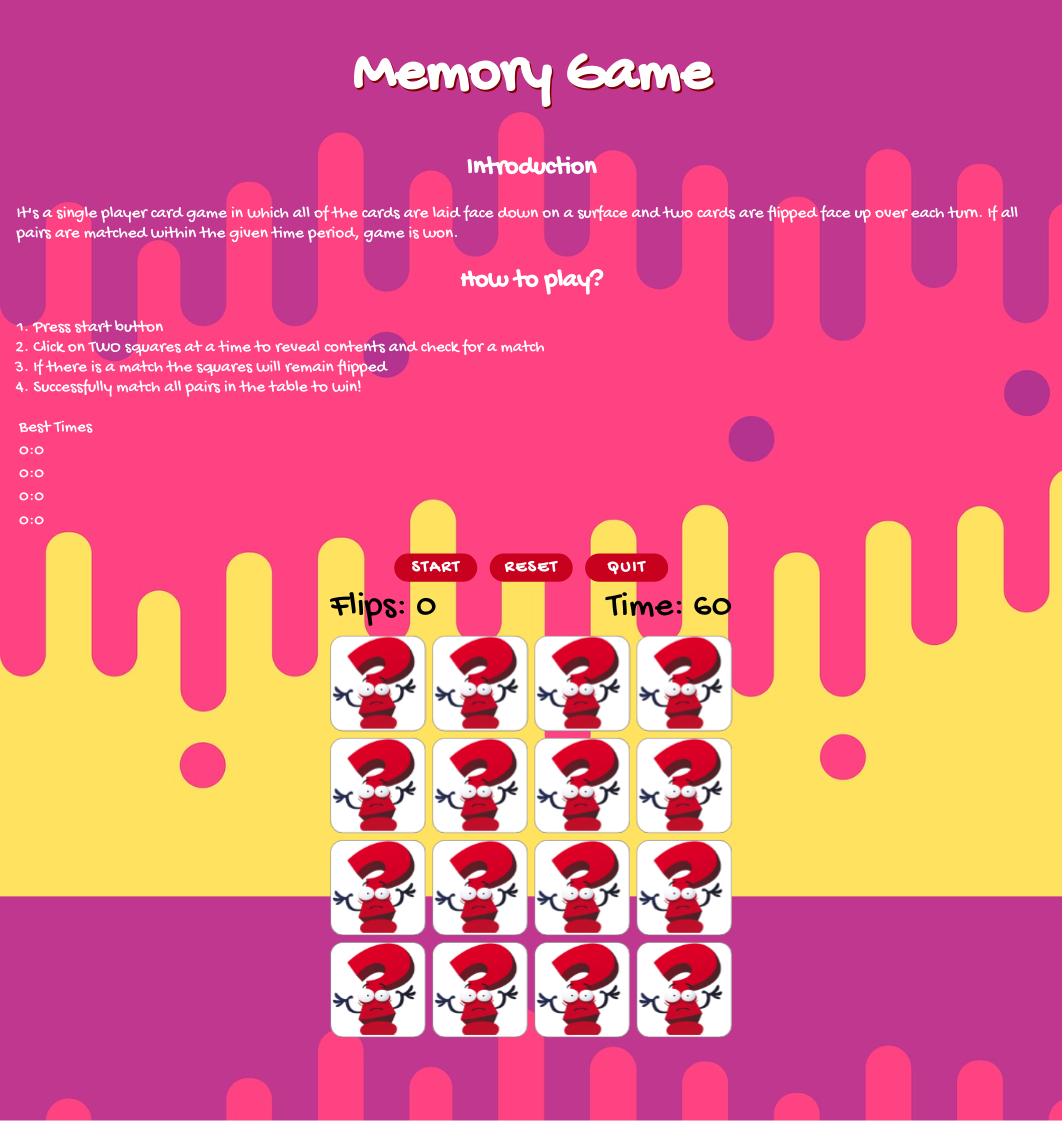
Repository: lauramika/Memory-Game
Page: index.html
The author's editor kept a record of every edit. The page is drawn from the files as they stood at one moment, then again after the next edit.
The browser window is 1280 px wide. The pictures show the whole page, at 83% of full size.

Above is the page before.

### index.html
<!DOCTYPE html>
<html lang = 'en'>
    <head>
        <meta name="viewport" content="width=device-width, initial-scale=1.0">
        <link rel="stylesheet" href="style.css" type="text/css" />
        <title>Memory Game</title>
    </head>
    <body>
        <h1 class="title-game">Memory Game</h1>
        <!--Intro-->
        <h2>Introduction</h2>
            <p>It's a single player card game in which all of the cards are
            laid face down on a surface and two cards are flipped face up over
            each turn. If all pairs are matched within the given time
            period, game is won.</p>
            <!--explanation how to play the game-->
         <div class="how-to-play">
            <h2>How to play?</h2>
              <ol>
                <li>Press start button</li>
                <li>Click on TWO squares at a time to reveal contents and check for a match</li>
                <li>If there is a match the squares will remain flipped </li>
                <li>Successfully match all pairs in the table to win!</li>
              </ol>
          </div>
          <!--best results board-->
          <div class="times">
            <table>
              <tr>
                <td class= "title">Best Times</td>
              </tr>
              <tr>
                <td class = "slot">0:0</td>
              </tr>
              <tr>
                <td class = "slot">0:0</td>
              </tr>
              <tr>
                <td class = "slot">0:0</td>
              </tr>
              <tr>
                <td class = "slot">0:0</td>
              </tr>
            </table>
          </div>
          <!--start, reset and quit buttons-->
        <div class="buttons">
            <button class="start" onclick="shuffle()">Start</button>
            <button class="reset">Reset</button>
            <button class="quit">Quit</button>
        </div>
        <!--Main container that holds all the cards-->
        <div class="main-container">
            <div class= "rules-container">
                <div class="level-container">
                    Flips: <span id="flips">0</span>
                </div>
                <div class="time-container">
                    Time: <span id="time-left">60</span>
                </div>
            </div>
            <!--Cards-->
            <div class="cards">
                <div class="front-face">
                    <img src="images/camera.png"></img>
                </div>
                 <div class="back-face">
                   <img src="images/question.jpg"></img>
                </div>
            </div>

            <div class="cards">
                <div class="front-face">
                    <img src="images/camera.png"></img>
                </div>
                 <div class="back-face">
                   <img src="images/question.jpg"></img>
                </div>
            </div>

            <div class="cards">
                <div class="front-face">
                    <img src="images/bomb.png"></img>
                </div>
                 <div class="back-face">
                   <img src="images/question.jpg"></img>
                </div>
            </div>

            <div class="cards">
                <div class="front-face">
                    <img src="images/bomb.png"></img>
                </div>
                 <div class="back-face">
                   <img src="images/question.jpg"></img>
                </div>
            </div>

            <div class="cards">
                <div class="front-face">
                    <img src="images/garfield.jpg"></img>
                </div>
                 <div class="back-face">
                   <img src="images/question.jpg"></img>
                </div>
            </div>

            <div class="cards">
                <div class="front-face">
                    <img src="images/garfield.jpg"></img>
                </div>
                 <div class="back-face">
                   <img src="images/question.jpg"></img>
                </div>
            </div>

            <div class="cards">
                <div class="front-face">
                    <img src="images/ladybug.jpg"></img>
                </div>
                 <div class="back-face">
                   <img src="images/question.jpg"></img>
                </div>
            </div>

            <div class="cards">
                <div class="front-face">
                    <img src="images/ladybug.jpg"></img>
                </div>
                 <div class="back-face">
                   <img src="images/question.jpg"></img>
                </div>
            </div>

            <div class="cards">
                <div class="front-face">
                    <img src="images/puppy.jpg"></img>
                </div>
                 <div class="back-face">
                   <img src="images/question.jpg"></img>
                </div>
            </div>

            <div class="cards">
                <div class="front-face">
                    <img src="images/puppy.jpg"></img>
                </div>
                 <div class="back-face">
                   <img src="images/question.jpg"></img>
                </div>
            </div>

            <div class="cards">
                <div class="front-face">
                    <img src="images/star.jpg"></img>
                </div>
                 <div class="back-face">
                   <img src="images/question.jpg"></img>
                </div>
            </div>

            <div class="cards">
                <div class="front-face">
                    <img src="images/star.jpg"></img>
                </div>
                 <div class="back-face">
                   <img src="images/question.jpg"></img>
                </div>
            </div>

            <div class="cards">
                <div class="front-face">
                    <img src="images/frog.jpg"></img>
                </div>
                 <div class="back-face">
                   <img src="images/question.jpg"></img>
                </div>
            </div>

            <div class="cards">
                <div class="front-face">
                    <img src="images/frog.jpg"></img>
                </div>
                 <div class="back-face">
                   <img src="images/question.jpg"></img>
                </div>
            </div>
            <div class="cards">

                <div class="front-face">
                    <img src="images/bananas.jpg"></img>
                </div>
                 <div class="back-face">
                   <img src="images/question.jpg"></img>
                </div>
            </div>

            <div class="cards">
                <div class="front-face">
                    <img src="images/bananas.jpg"></img>
                </div>
                 <div class="back-face">
                   <img src="images/question.jpg"></img>
                </div>
            </div>

        </div>
        <script type="text/javascript" src="script.js"></script>
    </body>
</html>

### style.css
/*import google font*/
@import url('https://fonts.googleapis.com/css?family=Gochi+Hand&display=swap');
* {
    box-sizing: border-box;
}
html {
    min-height: 100vh;
}
body {
    margin: 0;
     background-image: url("images/background-3147808_1920.jpg");
    font-family: 'Gochi Hand', cursive;
    color: white;
    font-size: 1.3em;
}
h1 {
    text-shadow: 2px 2px maroon;
}
h2 {
    text-align: center;
}
p, .times {
    margin: 20px;
}
.title-game {
    color: white;
    text-align: center;
    font-size: 3.5em;
}

.rules-container {
    grid-column: 1 / -1;
    display: flex;
    justify-content: space-between;
}
/*container that holds all the cards*/
.main-container {
    display: grid;
    grid-template-columns: repeat(4, auto);
    grid-gap: 8px;
    justify-content: center;
    margin-bottom: 100px;
    color: black;
    font-size: 2.1em;

}
/*card styles*/
.cards {
    background-color: white;
    height: 115px;
    width: 115px;
    border-radius: 15px;
    transition: transform .2s;
    border: 1px solid gray;
    position: relative;
    transform-style: preserve-3d;

}
/**************flipping of cards************/
.front-face {
    backface-visibility: hidden;
     transform: rotateY(180deg);
}
.back-face {
    backface-visibility: hidden;
}
.cards:hover {
    transform: scale(1.05);
    transform: rotateY(180deg);
    transition: ease .6s;
}
/*image sizes in desktop view*/
img {
    height: 111px;
    width: 111px;
    border-radius: 15px;
}
/*positioning of images absolute to their parent div*/
.front-face, .back-face {
    position: absolute;
}
.buttons {
    text-align: center;
}
/*start, reset and quit button styles*/
button {
    font-family: 'Gochi Hand', cursive;
    width: 100px;
    font-size: 1em;
    letter-spacing: 2px;
    color: white;
    font-weight: bold;
    text-transform: uppercase;
    background: rgb(199,1,30);
    padding: 5px 10px;
    border-radius: 30px;
    border: none;
    margin: 5px;
}
button:hover {
   transform: scale(1.1);
   box-shadow: 3px 3px white;
   opacity: 0.9;
}
/****************************TABLET************************/
@media screen and (max-width: 800px) {
  .cards{
      height: 95px;
      width: 95px;
  }
  img {
      height: 91px;
      width: 91px;
  }
  .main-container {
      grid-gap: 4px;
  }
  .title-game {
      font-size: 2.5em;
  }
  .main-container {
      font-size: 1.6em;
  }
  }
 /************************PHONE***************************/
@media screen and (max-width: 480px) {
  .cards{
      height: 70px;
      width: 70px;
  }
  img {
      height: 66px;
      width: 66px;
  }
  .main-container {
      grid-gap: 1px;
  }
  .title-game {
      font-size: 2em;
  }
  .main-container {
      font-size: 1.2em;
  }
  button {
    width: 80px;
    font-size: 1em;
}
  }

### script.js
//to shuffle cards when new game starts
function shuffle() {

  var tiles = Array.from(document.getElementsByClassName("cards"));
  var current = tiles.length;
  var index, temp;

  while (current > 0) {
    index = Math.floor(Math.random() * current);
    current--;

    temp = tiles[current];
    tiles[current] = tiles[index];
    tiles[index] = temp;
  }
   document.getElementsByClassName("cards") = tiles.innerHTML;


}

After the next edit:
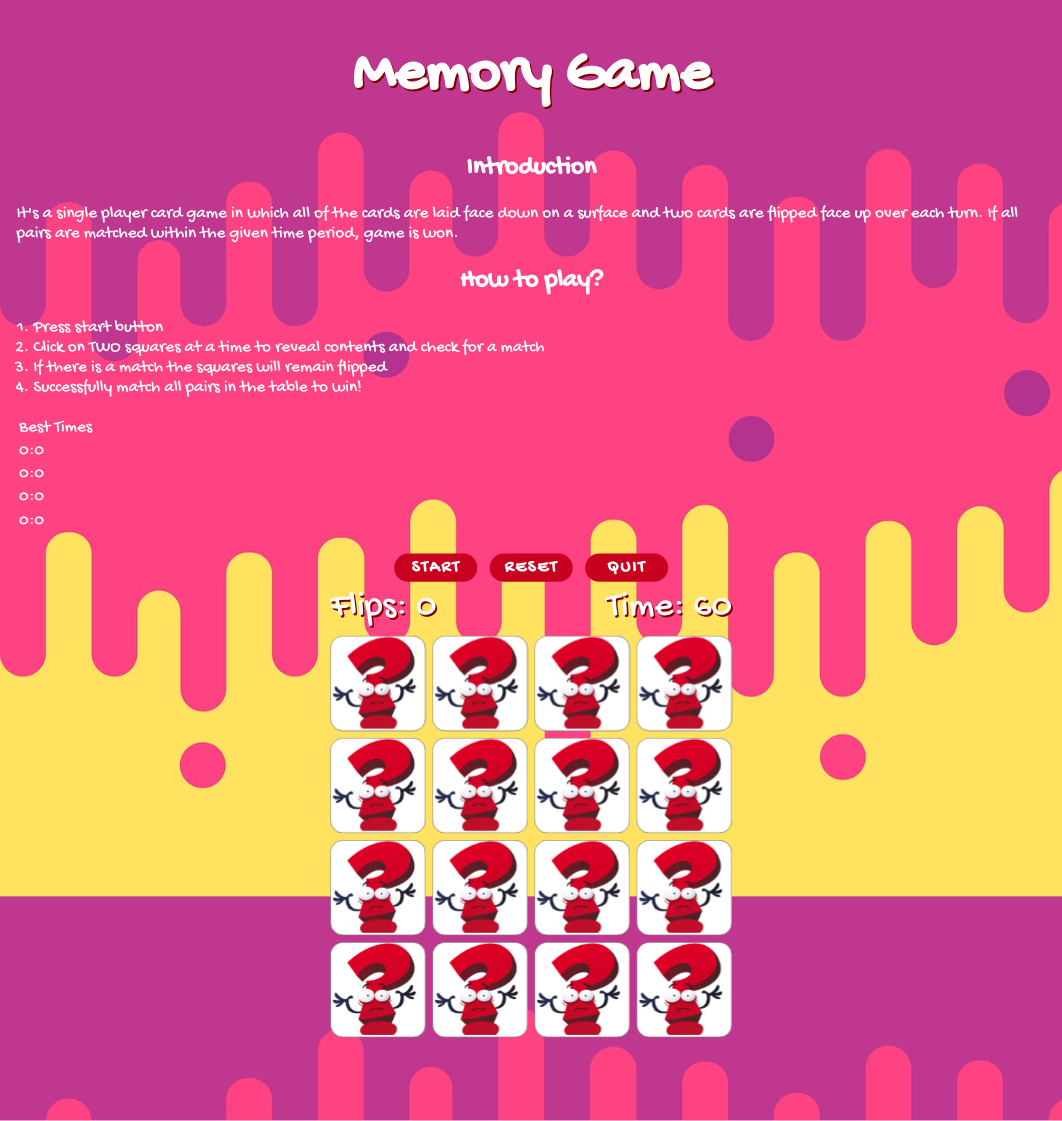
The edit:
--- a/style.css
+++ b/style.css
@@ -40,7 +40,8 @@
     grid-gap: 8px;
     justify-content: center;
     margin-bottom: 100px;
-    color: black;
+    color: white;
+    text-shadow: 2px 2px maroon;
     font-size: 2.1em;
 
 }
